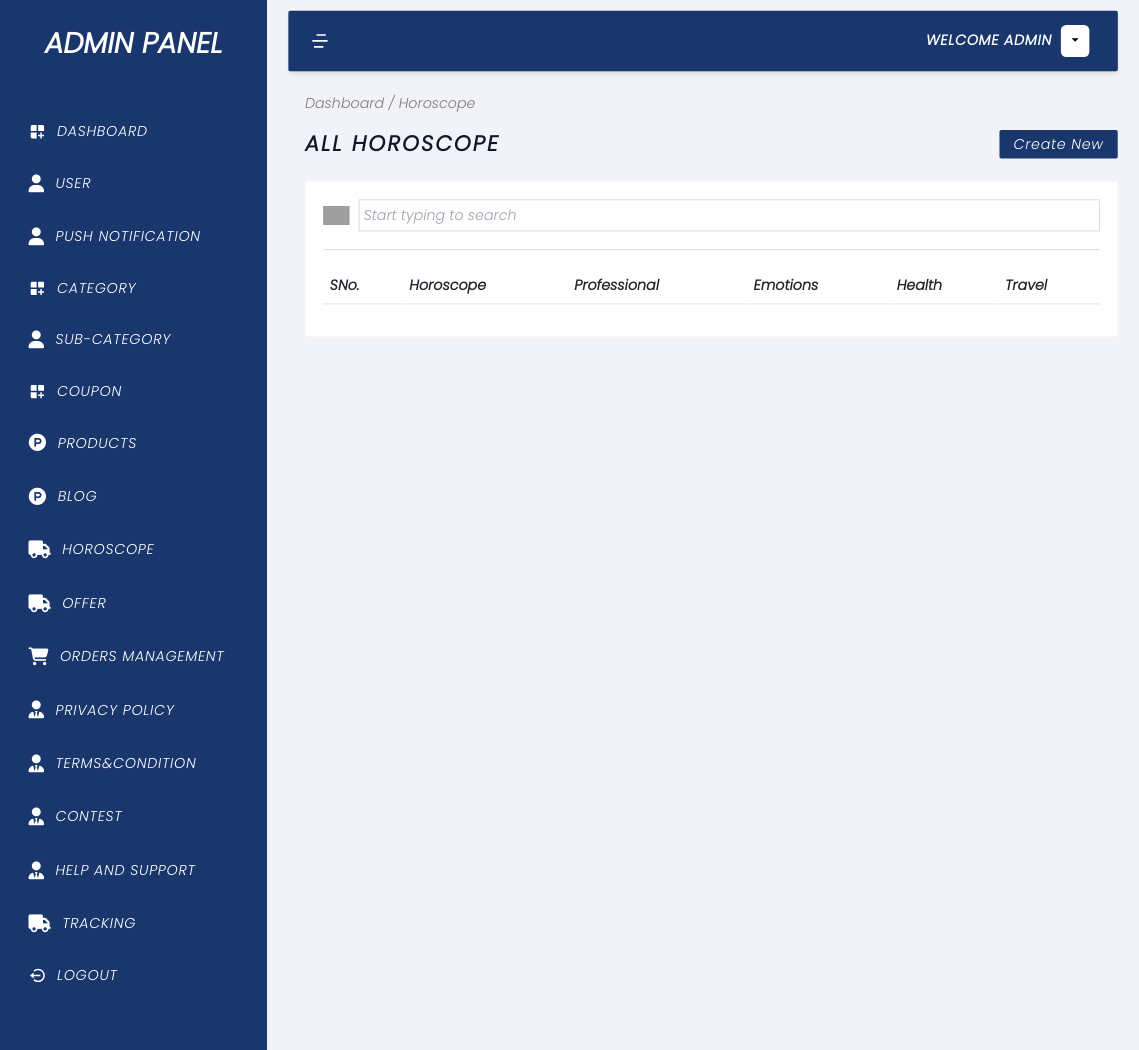
Repository: arpanmalik/project-khanna
Page: /VendorList
An editor plug-in stored every save of this project. The page is shown before and after a run of saves, followed by the edit.
The browser window is 1280 px wide. The pictures show the whole page, at 89% of full size.
Pictures or frames that could not be fetched are drawn as grey boxes. The page's requests for data from a server got no answer. Some web libraries are served in a nearby version. The project was rebuilt for these pictures with package versions that can differ from the ones it lists, and the page was loaded fresh each time. No one was signed in, and anything a server would have sent is missing. Also part of the build but not shown: src/E-CommerceAdmin/forms/Login.jsx, src/E-CommerceAdmin/pages/Dashboard.jsx, src/E-CommerceAdmin/pages/ECategory.js, src/E-CommerceAdmin/pages/EProduct.js, src/E-CommerceAdmin/pages/EAdminOrders.js, src/E-CommerceAdmin/pages/EAdminProduct.js, src/E-CommerceAdmin/pages/EAdminDelivery.js, src/E-CommerceAdmin/pages/EAdminCustomer.js and 11 more.

Above is the page before, as saved 2023-05-16 17:29:23.

### public/index.html
<!-- @format -->

<!DOCTYPE html>
<html lang="en">
  <head>
    <meta charset="utf-8" />
    <meta name="viewport" content="width=device-width, initial-scale=1" />
    <meta name="theme-color" content="#000000" />
    <meta
      name="description"
      content="Web site created using create-react-app"
    />
    <link rel="manifest" href="%PUBLIC_URL%/manifest.json" />
    <link rel="preconnect" href="https://fonts.googleapis.com">
<link rel="preconnect" href="https://fonts.gstatic.com" crossorigin>
<link href="https://fonts.googleapis.com/css2?family=Roboto+Mono:ital,wght@1,300&display=swap" rel="stylesheet">
    <title>Admin Panel</title>
  </head>
  <body>
    <noscript>You need to enable JavaScript to run this app.</noscript>
    <div id="root"></div>
    <script src="https://code.jquery.com/jquery-3.6.0.min.js"></script>
    <script src="https://kit.fontawesome.com/b533b351e4.js" crossorigin="anonymous"></script>
  </body>
</html>

### src/E-CommerceAdmin/pages/EVendorList.js
/** @format */
import axios from "axios";
import React, { useEffect, useState } from "react";
import { Alert, Badge, Button, Form, Modal, Table } from "react-bootstrap";
import { toast } from "react-toastify";
import HOC from "../layout/HOC";

const EVendorList = () => {
  const [data, setData] = useState([]);
  const [modalShow, setModalShow] = React.useState(false);

    // Pagination and Filter
    const [query, setQuery] = useState("");
    const [currentPage2, setCurrentPage2] = useState(1);
    const [postPerPage2] = useState(10);
    const lastPostIndex2 = currentPage2 * postPerPage2;
    const firstPostIndex2 = lastPostIndex2 - postPerPage2;

    let pages2 = [];

    const TotolData = query
      ? data?.filter(
          (i) =>
            i?.name?.toLowerCase().includes(query?.toLowerCase()) ||
            i?.email?.toLowerCase().includes(query?.toLowerCase())
        )
      : data;

    useEffect(() => {
      if (query) {
        setCurrentPage2(1);
      }
    }, [query]);

    const slicedData = TotolData?.slice(firstPostIndex2, lastPostIndex2);

    for (let i = 1; i <= Math.ceil(TotolData?.length / postPerPage2); i++) {
      pages2.push(i);
    }

    function Next() {
      setCurrentPage2(currentPage2 + 1);
    }

    function Prev() {
      if (currentPage2 !== 1) {
        setCurrentPage2(currentPage2 - 1);
      }
    }


  const fetchData = async () => {
    try {
      const { data } = await axios.get(
        "http://ec2-65-1-248-95.ap-south-1.compute.amazonaws.com:8886/api/user"
      );
      setData(data.users.filter((i) => i.role.includes("seller")));
    } catch (e) {
      console.log(e);
    }
  };

  useEffect(() => {
    fetchData();
  }, []);


  function MyVerticallyCenteredModal(props) {
    const [name, setName] = useState("");
    const [email, setEmail] = useState("");
    const [password, setPassword] = useState("");
    const [passwordConfirmation, setPasswordConfirmation] = useState("");
    const [phone, setPhone] = useState("");
    const [passwordError, setPasswordError] = useState(false);

    const postHandler = async (e) => {
      e.preventDefault();
      if (password === passwordConfirmation) {
        try {
          const { data } = await axios.post(
            "http://ec2-65-1-248-95.ap-south-1.compute.amazonaws.com:8886/api/auth/register",
            {
              name,
              username: name,
              email,
              password,
              passwordConfirmation,
              phone,
              role: "seller",
            }
          );
          toast.success(`${data?.user?.name} Created `);
          fetchData();
          props.onHide();
        } catch (e) {
          console.log(e);
          toast.error(e.response.data.message);
        }
      } else {
        setPasswordError(true);
      }
    };

    return (
      <Modal
        {...props}
        size="lg"
        aria-labelledby="contained-modal-title-vcenter"
        centered
      >
        <Modal.Header closeButton>
          <Modal.Title id="contained-modal-title-vcenter">
            Add Seller
          </Modal.Title>
        </Modal.Header>
        <Modal.Body>
          {passwordError ? (
            <Alert variant="danger">Passwords do not Match</Alert>
          ) : (
            ""
          )}
          <Form onSubmit={postHandler}>
            <Form.Group className="mb-3">
              <Form.Label>Name</Form.Label>
              <Form.Control
                type="text"
                required
                onChange={(e) => setName(e.target.value)}
              />
            </Form.Group>
            <Form.Group className="mb-3">
              <Form.Label>Email Address</Form.Label>
              <Form.Control
                type="email"
                required
                onChange={(e) => setEmail(e.target.value)}
              />
            </Form.Group>
            <Form.Group className="mb-3">
              <Form.Label>Phone Number</Form.Label>
              <Form.Control
                type="tel"
                pattern="[0-9]{10}"
                required
                onChange={(e) => setPhone(e.target.value)}
              />
            </Form.Group>
            <Form.Group className="mb-3">
              <Form.Label>Password</Form.Label>
              <Form.Control
                type="password"
                required
                onChange={(e) => setPassword(e.target.value)}
                minLength={8}
              />
            </Form.Group>
            <Form.Group className="mb-3">
              <Form.Label>Confirm Password</Form.Label>
              <Form.Control
                type="password"
                required
                onChange={(e) => setPasswordConfirmation(e.target.value)}
                minLength={8}
              />
            </Form.Group>
            <Button variant="outline-success" type="submit">
              Submit
            </Button>
          </Form>
        </Modal.Body>
        <Modal.Footer></Modal.Footer>
      </Modal>
    );
  }
  const deleteHandler = async (id) => {
    try {
      const { data } = await axios.delete(
        `http://ec2-65-1-248-95.ap-south-1.compute.amazonaws.com:8886/api/user/${id}`
      );
      toast.success(data.message);
      fetchData();
    } catch (e) {
      console.log(e);
    }
  };

  return (
    <>
      <MyVerticallyCenteredModal
        show={modalShow}
        onHide={() => setModalShow(false)}
      />

      <p className="headP">Dashboard / Horoscope</p>
      <div
        className="pb-4 sticky top-0  w-full flex justify-between items-center"
        style={{ width: "98%", marginLeft: "2%" }}
      >
        <span
          className="tracking-widest text-slate-900 font-semibold uppercase "
          style={{ fontSize: "1.5rem" }}
        >
          All Horoscope
        </span>
        <button
          onClick={() => {
            setModalShow(true);
          }}
          className="md:py-2 px-3 md:px-4 py-1 rounded-sm bg-[#19376d] text-white tracking-wider"
        >
          Create New
        </button>
      </div>

      <section className="sectionCont">
            <div className="filterBox">
              <img
                src="https://t4.ftcdn.net/jpg/01/41/97/61/360_F_141976137_kQrdYIvfn3e0RT1EWbZOmQciOKLMgCwG.jpg"
                alt=""
              />
              <input
                type="search"
                placeholder="Start typing to search"
              />
            </div>

            <div className="overFlowCont">
              <Table>
                <thead>
                  <tr>
                    <th>SNo.</th>
                    <th>Horoscope</th>
                    <th> Professional  </th>
                    <th>Emotions</th>
                    <th>Health  </th>
                    <th>Travel</th>
                  </tr>
                </thead>
                <tbody>

                </tbody>
              </Table>
            </div>

      </section>
    </>
  );
};

export default HOC(EVendorList);

### src/E-CommerceAdmin/layout/HOC.jsx
/** @format */

import React, { useState } from "react";
import Navbar from "./Navbar";
import Sidebar from "./Sidebar";

const HOC = (Wcomponenet) => {
  return function Component() {
    const [hamb, setHamb] = useState(false);
    return (
      <>
        <section
          className="flex overflow-x-hidden relative "
          style={{ backgroundColor: "#f2f3f8" }}
        >
          {/* Sidebar */}
          <div
            className={
              hamb
                ? " absolute top-0 z-30 md:w-auto shadow-md bg-slate-200  w-60 transition-all md:-left-full left duration-150  h-auto overflow-y-auto  left-0 "
                : " md:w-72 z-30 bg-slate-200  shadow-md  md:static absolute top-0 -left-full   transition-all duration-150  overflow-y-auto h-auto"
            }
            style={{ minWidth: "300px" }}
          >
            <Sidebar hamb={hamb} setHamb={setHamb} />
          </div>
          {/* Components & Navbar */}
          <div
            className={
              hamb
                ? " transition-all px-4 py-2  duration-150 w-full h-screen"
                : " w-full h-screen  px-4 py-2   z-50 transition-all duration-150 "
            }
            style={{ backgroundColor: "#f2f3f8" }}
          >
            <Navbar hamb={hamb} setHamb={setHamb} />
            <div className="my-6 text-#000 h-[87%] wcomp overflow-y-auto">
              {" "}
              <Wcomponenet />
            </div>
          </div>
        </section>
      </>
    );
  };
};

export default HOC;

### src/E-CommerceAdmin/layout/Navbar.jsx
/** @format */
import { RiMenu4Line } from "react-icons/ri";
import Dropdown from "react-bootstrap/Dropdown";
import { UpdateProfile } from "../../Modals";
import { useState } from "react";
import { useNavigate } from "react-router-dom";
import { toast } from "react-toastify";

const Navbar = ({ hamb, setHamb }) => {
  const [modalShow, setModalShow] = useState(false);
  const navigate = useNavigate();

  function LogOut () {
    navigate('/')
    toast.success("Logged Out")
  }

  return (
    <>
      <UpdateProfile show={modalShow} onHide={() => setModalShow(false)} />
      <div
        className={
          hamb
            ? "flex  w-full justify-between  my-1 rounded-sm  p-4 py-3 shadow-md items-center  bg-slate-200 space-x-4"
            : "flex  w-full justify-between my-1 rounded-sm  p-4 py-3 shadow-md items-center  bg-slate-200 space-x-4"
        }
        style={{ backgroundColor: "#19376d" }}
      >
        <RiMenu4Line
          onClick={() => setHamb(!hamb)}
          className="text-2xl font-bold text-gray-900 hover:scale-90 cursor-pointer"
          style={{ color: "#fff" }}
        />

        <section className="flex sm:ml-auto justify-end sm:w-full items-center space-x-2  pr-2">
          <figcaption
            className="tracking-wider pl-1 font-semibold d-flex"
            style={{ gap: "10px", alignItems: "center" }}
          >
            <div
              className="lg:text-base text-sm text-gray-900  uppercase"
              style={{ color: "#fff" }}
            >
              Welcome Admin
            </div>
            <Dropdown>
              <Dropdown.Toggle id="dropdown-basic"></Dropdown.Toggle>

              <Dropdown.Menu>
                <Dropdown.Item onClick={() => setModalShow(true)}>
                  Update Profile <i className="fa-solid fa-user"></i>{" "}
                </Dropdown.Item>
                <Dropdown.Item onClick={() => LogOut()} >
                  Logout <i className="fa-solid fa-right-from-bracket"></i>{" "}
                </Dropdown.Item>
              </Dropdown.Menu>
            </Dropdown>
          </figcaption>
        </section>
      </div>
    </>
  );
};

export default Navbar;

### src/E-CommerceAdmin/layout/Sidebar.jsx
/** @format */

import React from "react";
import { RiCloseLine } from "react-icons/ri";
import { Link, useNavigate } from "react-router-dom";
import { BiLogOutCircle } from "react-icons/bi";
import { MdDashboardCustomize } from "react-icons/md";

const Sidebar = ({ hamb, setHamb }) => {
  const navigate = useNavigate();

  const nav = [
    {
      icon: <MdDashboardCustomize className="text-xl mr-3 rounded-full " />,
      link: "/dashboard ",
      name: "Dashboard",
    },
    {
      icon: <i className="fa-solid fa-user text-xl mr-3 rounded-full"></i>,
      link: "/Admin",
      name: "User",
    },
    {
      icon: <i className="fa-solid fa-user text-xl mr-3 rounded-full"></i>,
      link: "/pushNotification",
      name: "Push Notification",
    },  {
      icon: <MdDashboardCustomize className="text-xl mr-3 rounded-full " />,
      link: "/Category",
      name: "Category",
    },

    {
      icon: <i className="fa-solid fa-user text-xl mr-3 rounded-full"></i>,
      link: "/sub-category",
      name: "Sub-Category",
    },

    {
      icon: <MdDashboardCustomize className="text-xl mr-3 rounded-full " />,
      link: "/coupon",
      name: "Coupon",
    },
    {
      icon: (
        <i className="fa-brands fa-product-hunt text-xl mr-3 rounded-full"></i>
      ),
      link: "/Product",
      name: "Products",
    },
    {
      icon: (
        <i className="fa-brands fa-product-hunt text-xl mr-3 rounded-full"></i>
      ),
      link: "/banner",
      name: "Blog",
    },



    // {
    //   icon: <MdDashboardCustomize className="text-xl mr-3 rounded-full " />,
    //   link: "/getMeThis",
    //   name: "Get Me This",
    // },
    {
      icon: <i className="fa-solid fa-truck  text-xl mr-3 rounded-full"></i>,
      link: "/VendorList",
      name: "Horoscope",
    },
    {
      icon: <i className="fa-solid fa-truck  text-xl mr-3 rounded-full"></i>,
      link: "/Support",
      name: "Offer",
    },

    {
      icon: (
        <i className="fa-solid fa-cart-shopping text-xl mr-3 rounded-full"></i>
      ),
      link: "/Orders",
      name: "Orders Management",
    },

    {
      icon: <i className="fa-solid fa-user-tie text-xl mr-3 rounded-full"></i>,
      link: "/privacy",
      name: "Privacy Policy",
    },
    {
      icon: <i className="fa-solid fa-user-tie text-xl mr-3 rounded-full"></i>,
      link: "/terms",
      name: "Terms&Condition",
    },
    {
      icon: <i className="fa-solid fa-user-tie text-xl mr-3 rounded-full"></i>,
      link: "/helpSupport",
      name: "Contest",
    },
    {
      icon: <i className="fa-solid fa-user-tie text-xl mr-3 rounded-full"></i>,
      link: "/complaints",
      name: "Help and Support",
    },
  ];

  const logOut = () => {
    localStorage.clear()
    navigate("/");
  };

  return (
    <>
      <aside
        className="p-4 h-auto"
        style={{ backgroundColor: "#19376d", minHeight: "100vh" }}
      >
        {/* Top */}
        <div className="w-full md:hidden relative  p-2 mb-4">
          <RiCloseLine
            onClick={() => setHamb(!hamb)}
            className="text-3xl  absolute top-2 sm:hover:rotate-[228deg] transition-transform font-bold right-2 sm:hover:text-[22px] text-[rgb(241,146,46)] cursor-pointer"
          />
        </div>{" "}
        <figure className="flex  flex-col items-center">
          <span
            className="font-bold text-[#fff]"
            style={{
              fontSize: "2rem",
              textAlign: "center",
              textTransform: "uppercase",
            }}
          >
            {" "}
            ADMIN PANEL
          </span>
        </figure>
        <nav className="py-6">
          {nav.map((nav) => {
            return (
              <Link
                to={nav.link}
                key={nav.name}
                className=""
                style={{ textDecoration: "none", textTransform: "uppercase" }}
              >
                <span
                  className="flex my-3 items-center cursor-pointer text-gray-900    tracking-wider p-2 rounded-sm"
                  style={{ color: "#FFF" }}
                >
                  {nav.icon} {nav.name}
                </span>
              </Link>
            );
          })}
          <span
            className="flex my-3 items-center cursor-pointer text-gray-900    tracking-wider p-2 rounded-sm"
            style={{ color: "#FFF", textTransform: "uppercase" }}
          >
           <i className="fa-solid fa-truck  text-xl mr-3 rounded-full"></i> Tracking
          </span>
          <span
            className="flex my-3 items-center cursor-pointer text-gray-900    tracking-wider p-2 rounded-sm"
            onClick={() => logOut()}
            style={{ color: "#FFF", textTransform: "uppercase" }}
          >
            <BiLogOutCircle className="text-xl mr-3 rounded-full " /> LogOut
          </span>

        </nav>
      </aside>
    </>
  );
};

export default Sidebar;

Loaded but not shown: tailwind.config.js (common file); src/App.js (71 lines, source omitted); src/Modals.js (41 lines, source omitted); src/index.js (15 lines, source omitted); src/index.css (501 lines, source omitted)

After the next 3 saves:
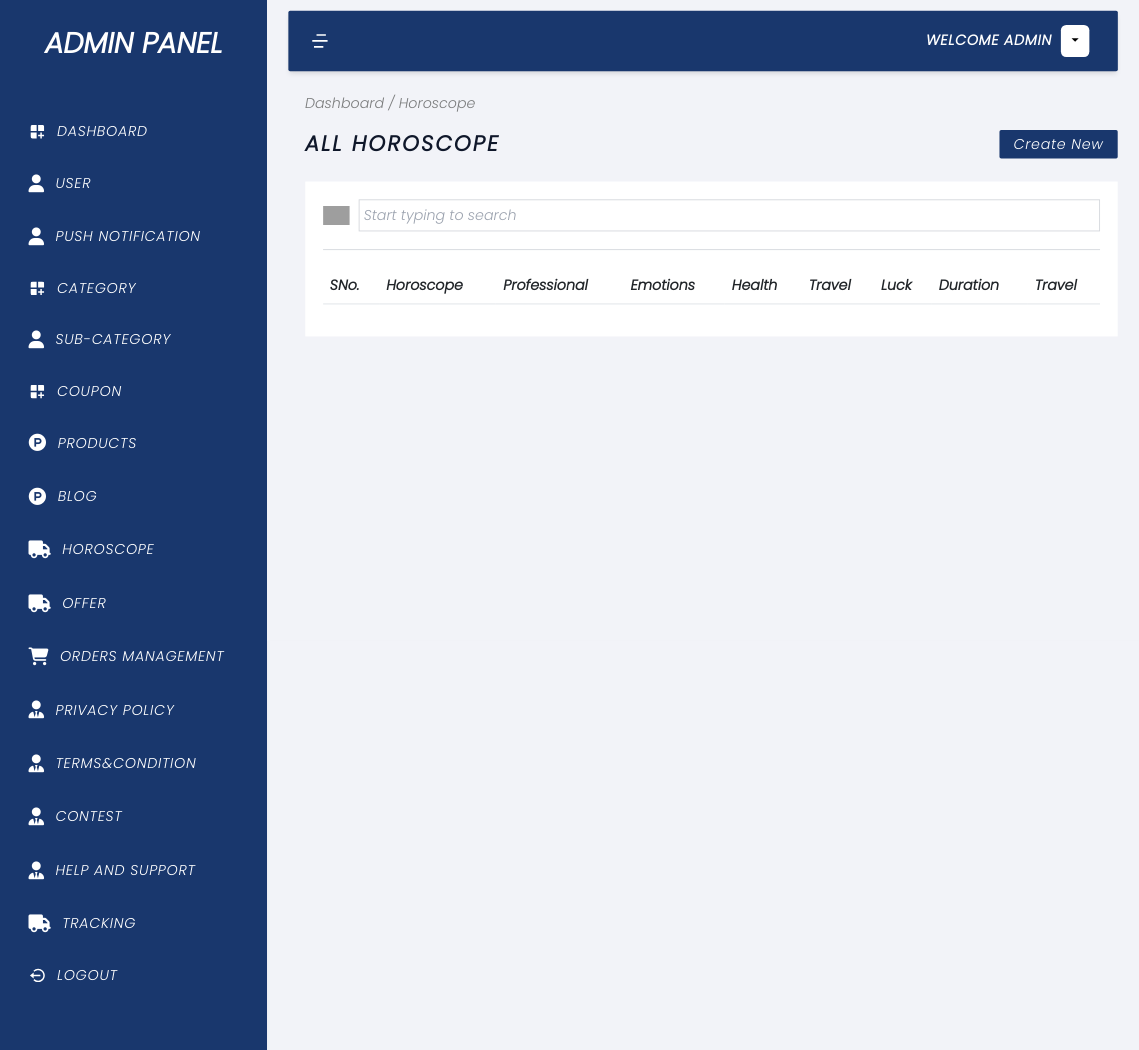
The 3 saves are shown as one change because they came seconds apart.
The last was saved 10 s later.
--- a/src/E-CommerceAdmin/pages/EVendorList.js
+++ b/src/E-CommerceAdmin/pages/EVendorList.js
@@ -234,6 +234,9 @@ const EVendorList = () => {
                     <th>Emotions</th>
                     <th>Health  </th>
                     <th>Travel</th>
+                    <th>Luck	</th>
+                    <th>Duration</th>
+                    <th>Travel</th>
                   </tr>
                 </thead>
                 <tbody>
